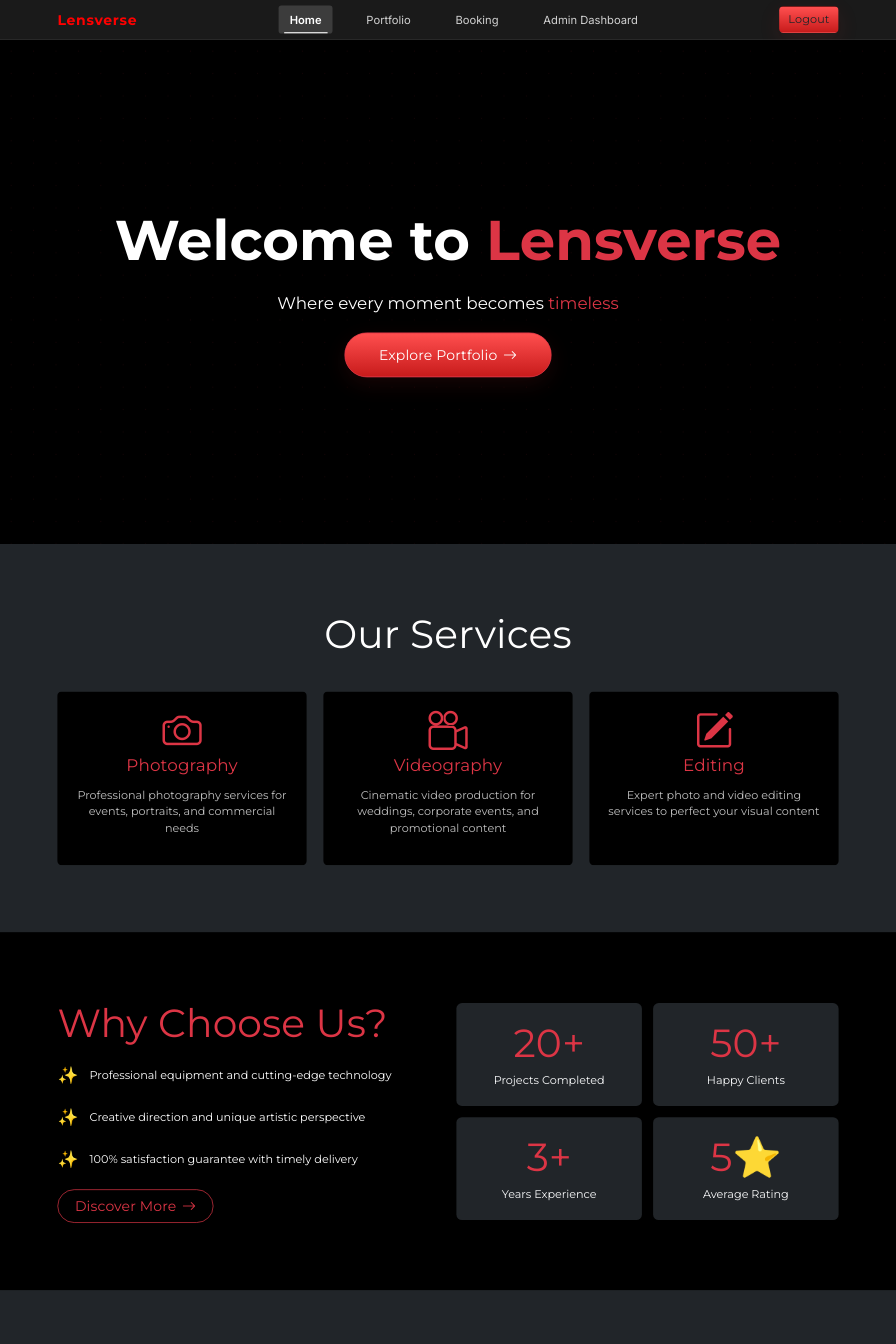
Repository: adithyakiran47/lensverseproject
Page: / (app in lensverse-client/)
The author's editor kept a copy of each file at every save. The page is drawn from the files as they stood at one save, then again after the next save.
The browser window is 1280 px wide. The pictures show the part of the page from y = 0 to 1920 px (the page is 2903 px tall), at 70% of full size.
The project was rebuilt for these pictures with package versions that can differ from the ones it lists, and the page was loaded fresh each time. Also part of the build but not shown: lensverse-client/src/pages/Portfolio.css, lensverse-client/src/pages/Portfolio.js, lensverse-client/src/utils/api.js, lensverse-client/src/pages/Booking.js, lensverse-client/src/pages/About.js, lensverse-client/src/pages/AdminLogin.js, lensverse-client/src/pages/AdminDashboard.js. Imported but missing from the stored project, and not drawn on this page: lensverse-client/src/reportWebVitals.

Above is the page before, as saved 2025-11-04 11:27:29.

### lensverse-client/src/index.css
/* src/index.css - global font + high-contrast variables */
@import url('https://fonts.googleapis.com/css2?family=Montserrat:wght@400;600;700;800&family=Inter:wght@300;400;600&display=swap');

:root{
  --bg-900: #000000;
  --panel: rgba(255,255,255,0.03);         /* glass panels */
  --muted: rgba(255,255,255,0.65);
  --text: #ffffff;
  --accent: #ff4f4f;                       /* primary accent */
  --accent-600: #c81b1b;
  --card-bg: rgba(255,255,255,0.02);
  --input-bg: rgba(255,255,255,0.04);
  --focus-ring: rgba(255,79,79,0.14);
}

html,body,#root{
  height:100%;
  background: linear-gradient(180deg,var(--bg-900),#040404);
  margin:0;
  color:var(--text);
  font-family: 'Montserrat', 'Inter', system-ui, -apple-system, 'Segoe UI', Roboto, Arial;
  -webkit-font-smoothing:antialiased;
  -moz-osx-font-smoothing:grayscale;
}

/* Headings: blocky, high-weight for strong visual presence */
h1,h2,h3,h4,h5{
  font-family: 'Montserrat', 'Inter', sans-serif;
  font-weight:700;
  color: var(--text);
  letter-spacing: 0.2px;
}

/* Links */
a { color: var(--muted); text-decoration:none; }
a:hover { color: var(--text); }

/* Utility adjustments for contrast across components */
.bg-black { background: transparent !important; } /* allow global background to show */
.text-muted, .small { color: var(--muted) !important; }

/* Button defaults */
.btn {
  border-radius: 10px;
  font-weight: 700;
  letter-spacing: 0.2px;
}

/* Danger/accent button */
.btn-danger, .btn-logout {
  background: linear-gradient(180deg,var(--accent),var(--accent-600));
  color: #fff;
  border: none;
  box-shadow: 0 10px 30px rgba(200,40,40,0.12);
}

/* Form controls contrast */
.form-control, .form-select, textarea {
  background: var(--input-bg) !important;
  border: 1px solid rgba(255,255,255,0.06) !important;
  color: var(--text) !important;
  border-radius: 8px;
}

.form-control::placeholder { color: rgba(255,255,255,0.45); }

/* Focus */
.form-control:focus, .form-select:focus, textarea:focus, .btn:focus {
  outline: none;
  box-shadow: 0 8px 28px var(--focus-ring);
  border-color: var(--accent);
}

/* Cards / panels */
.panel {
  background: linear-gradient(180deg,var(--card-bg), rgba(0,0,0,0.06));
  border: 1px solid rgba(255,255,255,0.03);
  border-radius: 12px;
  padding: 1rem;
  box-shadow: 0 10px 30px rgba(0,0,0,0.6);
}

/* Make sure contrast for badges */
.badge {
  font-weight:700;
  color: #fff;
}

/* Narrow screens: keep spacing */
@media (max-width:767.98px){
  .container { padding-left:1rem; padding-right:1rem; }
}

### lensverse-client/src/App.js
import React from 'react';
import { BrowserRouter as Router, Routes, Route } from 'react-router-dom';


// Import your page components (create these next)
import Home from './pages/Home';
import Portfolio from './pages/Portfolio';
import Booking from './pages/Booking';
import About from './pages/About';
import AdminLogin from './pages/AdminLogin';
import AdminDashboard from './pages/AdminDashboard';

function App() {
  return (
    <Router>
      <Routes>
        <Route path="/" element={<Home />} />
        <Route path="/portfolio" element={<Portfolio />} />
        <Route path="/booking" element={<Booking />} />
        <Route path="/about" element={<About />} />
        <Route path="/admin-login" element={<AdminLogin />} />
        <Route path="/admin-dashboard" element={<AdminDashboard />} />
      </Routes>
    </Router>
  );
}

export default App;

### lensverse-client/src/components/Navbar.js
// Navbar.js - improved professional navbar with active link highlighting
import React from 'react';
import { Link, useNavigate, useLocation } from 'react-router-dom';
import './Navbar.css';

const NAV_LINKS = [
  { to: '/', label: 'Home' },
  { to: '/portfolio', label: 'Portfolio' },
  { to: '/booking', label: 'Booking' },
  { to: '/admin-dashboard', label: 'Admin Dashboard' }
];

const Navbar = () => {
  const navigate = useNavigate();
  const location = useLocation();

  const handleLogout = () => {
    localStorage.removeItem('adminToken');
    navigate('/admin-login');
  };

  const isActive = (path) => {
    if (path === '/') return location.pathname === '/';
    return location.pathname.startsWith(path);
  };

  return (
    <nav className="navbar navbar-expand-lg lens-navbar">
      <div className="container">
        <Link className="navbar-brand" to="/">
          <span className="brand-red">Lens</span><span className="brand-white">verse</span>
        </Link>

        <button
          className="navbar-toggler"
          type="button"
          data-bs-toggle="collapse"
          data-bs-target="#lensNavbar"
          aria-controls="lensNavbar"
          aria-expanded="false"
          aria-label="Toggle navigation"
        >
          <span className="navbar-toggler-icon"></span>
        </button>

        <div className="collapse navbar-collapse" id="lensNavbar">
          <ul className="navbar-nav me-auto mb-2 mb-lg-0 align-items-lg-center">
            {NAV_LINKS.map(link => (
              <li className="nav-item" key={link.to}>
                <Link
                  to={link.to}
                  className={`nav-link ${isActive(link.to) ? 'active' : ''}`}
                >
                  {link.label}
                </Link>
              </li>
            ))}
          </ul>

          <div className="d-flex align-items-center gap-3">
            <button className="btn btn-logout" onClick={handleLogout}>Logout</button>
          </div>
        </div>
      </div>
    </nav>
  );
};

export default Navbar;

### lensverse-client/src/pages/Home.css
/* Add to src/pages/Home.css */
@import url("https://cdn.jsdelivr.net/npm/bootstrap-icons@1.11.1/font/bootstrap-icons.css");

/* Utility Classes */
.py-6 {
  padding-top: 6rem;
  padding-bottom: 6rem;
}

.z-1 {
  z-index: 1;
}

/* Hero Section */
.hero-section {
  position: relative;
  background: linear-gradient(rgba(0, 0, 0, 0.7), rgba(0, 0, 0, 0.7));
}

.bg-pattern {
  opacity: 0.1;
  background-image: radial-gradient(#dc3545 1px, transparent 1px);
  background-size: 32px 32px;
}

/* Service Cards */
.service-card {
  transition: transform 0.3s ease, box-shadow 0.3s ease;
  cursor: pointer;
}

.service-card:hover {
  transform: translateY(-10px);
  box-shadow: 0 10px 30px rgba(220, 53, 69, 0.2);
}

/* Feature List */
.feature-list li {
  transition: transform 0.3s ease;
}

.feature-list li:hover {
  transform: translateX(10px);
}

.feature-icon {
  font-size: 1.5rem;
  color: #dc3545;
}

/* Stats Cards */
.stat-card {
  transition: transform 0.3s ease;
  cursor: pointer;
}

.stat-card:hover {
  transform: translateY(-5px);
}

/* Testimonial Section */
.testimonial-card {
  transition: transform 0.3s ease;
  box-shadow: 0 10px 30px rgba(0, 0, 0, 0.2);
}

.testimonial-card:hover {
  transform: translateY(-5px);
}

/* CTA Section */
.cta-section {
  background: linear-gradient(45deg, #dc3545, #900);
}

.cta-section::before {
  content: '';
  position: absolute;
  top: 0;
  left: 0;
  right: 0;
  bottom: 0;
  background: url('data:[embedded picture, 165 characters]') repeat;
  opacity: 0.1;
}

/* Hover Effects */
.hover-scale {
  transition: transform 0.3s ease;
}

.hover-scale:hover {
  transform: scale(1.05);
}

/* Responsive Adjustments */
@media (max-width: 768px) {
  .display-1 {
    font-size: 3rem;
  }

  .py-6 {
    padding-top: 4rem;
    padding-bottom: 4rem;
  }
}

### lensverse-client/src/pages/Booking.css
/* src/pages/Booking.css
   Glassy booking form, responsive, improved contrast, date icon + dropdown visibility
*/

/* Font */
@import url('https://fonts.googleapis.com/css2?family=Montserrat:wght@600;700&display=swap');

/* Form shell (glass) */
.booking-form,
.bg-dark.p-4.rounded.shadow-lg {
  background: linear-gradient(180deg, rgba(255,255,255,0.025), rgba(255,255,255,0.015));
  border-radius: 14px;
  padding: 1.1rem;
  border: 1px solid rgba(255,255,255,0.04);
  box-shadow: 0 18px 48px rgba(0,0,0,0.65);
  backdrop-filter: blur(8px) saturate(120%);
  -webkit-backdrop-filter: blur(8px) saturate(120%);
  transition: transform .14s ease, box-shadow .14s ease, background .2s ease;
  overflow: hidden;
}

/* Hover lift on large screens */
@media (min-width: 992px) {
  .booking-form:hover,
  .bg-dark.p-4.rounded.shadow-lg:hover {
    transform: translateY(-6px);
    box-shadow: 0 28px 60px rgba(0,0,0,0.75);
  }
}

/* Grid: 1 col mobile, 2 col tablet+ */
.row-gap {
  display: grid;
  gap: .75rem;
}
@media (min-width: 768px) {
  .row-gap { grid-template-columns: 1fr 1fr; }
}

/* Inputs and selects */
.booking-form .form-control,
.booking-form .form-select,
.bg-dark.p-4.rounded.shadow-lg .form-control,
.bg-dark.p-4.rounded.shadow-lg .form-select {
  background: linear-gradient(180deg, rgba(0,0,0,0.62), rgba(10,10,10,0.45)) !important;
  color: #f6f6f6 !important;
  border: 1px solid rgba(255,255,255,0.04);
  padding: 0.72rem 0.9rem;
  border-radius: 10px;
  font-size: 0.98rem;
  width: 100%;
  transition: box-shadow .14s ease, border-color .12s ease, transform .08s ease;
  -webkit-appearance: none;
  appearance: none;
}

/* Placeholder */
.booking-form ::placeholder,
.bg-dark.p-4.rounded.shadow-lg ::placeholder {
  color: rgba(255,255,255,0.55);
}

/* Labels */
.booking-form .form-label,
.bg-dark.p-4.rounded.shadow-lg .form-label {
  display: block;
  margin-bottom: 0.35rem;
  font-weight: 600;
  color: #eaeaea;
  font-size: 0.95rem;
}

/* Focus state */
.booking-form .form-control:focus,
.booking-form .form-select:focus,
.bg-dark.p-4.rounded.shadow-lg .form-control:focus,
.bg-dark.p-4.rounded.shadow-lg .form-select:focus {
  border-color: rgba(220,53,69,0.95);
  box-shadow: 0 8px 30px rgba(220,53,69,0.06);
  transform: translateY(-1px);
  outline: none;
}

/* Focus-visible for keyboard users */
.booking-form .form-control:focus-visible,
.booking-form .form-select:focus-visible,
.bg-dark.p-4.rounded.shadow-lg .form-control:focus-visible,
.bg-dark.p-4.rounded.shadow-lg .form-select:focus-visible {
  outline: 3px solid rgba(220,53,69,0.12);
  outline-offset: 3px;
}

/* Select specifics: ensure white value and visible arrow */
.booking-form .form-select,
.bg-dark.p-4.rounded.shadow-lg .form-select {
  color: #fff !important;
  padding-right: 2.8rem;
  background: linear-gradient(180deg, rgba(0,0,0,0.62), rgba(10,10,10,0.45)) !important;
  border-radius: 10px;
  border: 1px solid rgba(255,255,255,0.04) !important;
  background-image:
    url('data:[embedded picture, 259 characters]');
  background-repeat: no-repeat;
  background-position: right 12px center;
  background-size: 14px 14px;
}

/* Ensure option items are visible (native lists vary by browser) */
.booking-form .form-select option {
  background: #0b0b0b;
  color: #fff;
}

/* Date input: make text and icon white and visible */
.booking-form input[type="date"],
.bg-dark.p-4.rounded.shadow-lg input[type="date"] {
  color: #fff; /* date text */
  background: linear-gradient(180deg, rgba(0,0,0,0.62), rgba(10,10,10,0.45)) !important;
}

/* WebKit calendar icon */
.booking-form input[type="date"]::-webkit-calendar-picker-indicator {
  filter: invert(1) brightness(2) contrast(1);
  opacity: 0.95;
}

/* WebKit editable text */
.booking-form input[type="date"]::-webkit-datetime-edit,
.booking-form input[type="date"]::-webkit-datetime-edit-text {
  color: #fff;
}

/* Edge / IE expand control */
.booking-form input[type="date"]::-ms-expand,
.booking-form input[type="date"]::-ms-clear {
  filter: invert(1) brightness(2);
}

/* Button style */
.booking-form .btn-danger,
.bg-dark.p-4.rounded.shadow-lg .btn-danger {
  position: relative;
  overflow: hidden;
  background: linear-gradient(180deg, #ff4f4f 0%, #c81b1b 100%);
  border: none;
  color: #fff;
  padding: 0.62rem 1.05rem;
  border-radius: 12px;
  font-weight: 700;
  letter-spacing: 0.2px;
  box-shadow: 0 10px 30px rgba(200,40,40,0.12);
  transition: transform .12s ease, box-shadow .12s ease;
}

/* Button hover shine */
.booking-form .btn-danger:hover {
  transform: translateY(-4px) scale(1.02);
  box-shadow: 0 20px 50px rgba(200,40,40,0.18);
}
.booking-form .btn-danger::after {
  content: "";
  position: absolute;
  top: -40%;
  left: -30%;
  width: 60%;
  height: 180%;
  background: linear-gradient(120deg, rgba(255,255,255,0.18), rgba(255,255,255,0.02));
  transform: rotate(25deg);
  transition: transform .6s cubic-bezier(.2,.9,.2,1);
  pointer-events: none;
}
.booking-form .btn-danger:hover::after {
  transform: translateX(150%) rotate(25deg);
}

/* Alert */
.alert-success {
  background: linear-gradient(90deg, rgba(40,167,69,0.12), rgba(40,167,69,0.06));
  color: #c7f0d1;
  border: 1px solid rgba(40,167,69,0.12);
}

/* Small note */
.booking-note { color: rgba(255,255,255,0.75); font-size: .95rem; }

/* is-invalid */
.is-invalid { border-color: rgba(255,100,100,0.9) !important; box-shadow: 0 6px 18px rgba(255,100,100,0.04) !important; }
.invalid-feedback { color: #ffbdbd; font-size: 0.9rem; }

/* Responsive adjustments */
@media (max-width: 767.98px) {
  .booking-form { padding: 0.9rem; }
  .booking-form .btn-danger { width: 100%; }
}

/* Accessibility focus-visible */
.booking-form .form-control:focus-visible,
.booking-form .form-select:focus-visible,
.booking-form input[type="date"]:focus-visible {
  outline: 3px solid rgba(220,53,69,0.12);
  outline-offset: 3px;
}

/* Minor polish */
.booking-form .form-control { line-height: 1.3; }

### lensverse-client/src/pages/AdminLogin.css
/* src/pages/AdminLogin.css - improved contrast and block font */
@import url('https://fonts.googleapis.com/css2?family=Montserrat:wght@600;800&display=swap');

.admin-login-page {
  min-height:100vh;
  display:flex;
  align-items:center;
  justify-content:center;
  background: linear-gradient(180deg,#000,#050505);
  padding:2rem;
  font-family: 'Montserrat', system-ui, sans-serif;
}

.login-wrap { width:100%; max-width:420px; }

.admin-card {
  background: linear-gradient(180deg, rgba(255,255,255,0.03), rgba(255,255,255,0.015));
  border-radius:14px;
  border:1px solid rgba(255,255,255,0.04);
  padding:1.2rem;
  box-shadow: 0 18px 48px rgba(0,0,0,0.7);
}

/* title */
.card-title { font-size:1.35rem; color:#fff; font-weight:700; }

/* labels & inputs */
.form-label { color: rgba(255,255,255,0.92); font-weight:700; }
.form-control {
  background: rgba(0,0,0,0.6);
  border-radius:10px;
  border:1px solid rgba(255,255,255,0.04);
  padding:.7rem .9rem;
  color:#fff;
}

/* show button */
.show-btn {
  background: transparent;
  border: 1px solid rgba(255,255,255,0.04);
  color: #fff;
  padding: .45rem .6rem;
  border-radius:8px;
  font-weight:700;
}

/* submit */
.btn-submit {
  margin-top:.9rem;
  width:100%;
  background: linear-gradient(180deg,var(--accent),var(--accent-600));
  color:#fff;
  padding:.68rem;
  border-radius:12px;
  font-weight:800;
}

/* small note */
.small-note { color: rgba(255,255,255,0.7); font-size:.88rem; text-align:center; margin-top:.6rem; }

### lensverse-client/src/pages/AdminDashboard.css
/* src/pages/AdminDashboard.css - table + card contrast */
@import url('https://fonts.googleapis.com/css2?family=Montserrat:wght@600;700&display=swap');

.container.bg-black { background: transparent; font-family: 'Montserrat', system-ui, sans-serif; }

/* glass panel */
.table-responsive {
  background: linear-gradient(180deg, rgba(255,255,255,0.02), rgba(255,255,255,0.01));
  border: 1px solid rgba(255,255,255,0.03);
  border-radius: 12px;
  padding: .6rem;
  box-shadow: 0 18px 48px rgba(0,0,0,0.65);
  backdrop-filter: blur(6px);
}

/* table rows distinct */
.table.table-dark tbody tr {
  background: linear-gradient(180deg, rgba(0,0,0,0.6), rgba(8,8,8,0.5));
  border-radius: 10px;
  box-shadow: 0 10px 30px rgba(0,0,0,0.6);
}

/* table cell color */
.table.table-dark tbody td { color: #fff; padding: .85rem 1rem; }

/* headings */
.table.table-dark thead th { color: #fff; font-weight:700; border-bottom: 1px solid rgba(255,255,255,0.03); }

/* badges for status */
.badge { font-weight:700; color:#fff; }

/* small-screen cards */
.card.bg-dark {
  background: linear-gradient(180deg, rgba(255,255,255,0.02), rgba(255,255,255,0.01));
  border:1px solid rgba(255,255,255,0.03);
  border-radius:12px;
  box-shadow: 0 12px 36px rgba(0,0,0,0.65);
  padding:.8rem;
  margin-bottom:1rem;
}

/* actions */
.btn { font-weight:700; border-radius:8px; }
.btn-outline-light { border:1px solid rgba(255,255,255,0.06); color:#fff; }

### lensverse-client/src/components/Navbar.css
.navbar {
  background: rgba(255, 255, 255, 0.1);
  backdrop-filter: blur(10px);
  -webkit-backdrop-filter: blur(10px);
  box-shadow: 0 4px 30px rgba(0, 0, 0, 0.1);
  border-bottom: 1px solid rgba(255, 255, 255, 0.1);
  padding: 1rem 2rem;
}

.navbar-brand {
  font-family: 'Montserrat', sans-serif;
  font-weight: 700;
  font-size: 1.5rem;
  color: #ff0000 !important;
  letter-spacing: 1px;
}

.navbar-toggler {
  border: none;
  background: transparent;
  padding: 0.5rem;
}

.navbar-toggler:focus {
  box-shadow: none;
  outline: none;
}

.navbar-toggler-icon {
  background-image: url("data:[embedded picture, 237 characters]");
}

.navbar-nav {
  margin-left: auto;
}

.nav-item {
  margin: 0 0.5rem;
}

.nav-link {
  font-family: 'Inter', sans-serif;
  color: rgba(255, 255, 255, 0.8) !important;
  font-size: 1rem;
  font-weight: 500;
  padding: 0.5rem 1rem !important;
  transition: all 0.3s ease;
  border-radius: 4px;
}

.nav-link:hover {
  color: #ffffff !important;
  background: rgba(255, 255, 255, 0.1);
}

.nav-link.active {
  color: #ffffff !important;
  background: rgba(255, 255, 255, 0.15);
  font-weight: 600;
}

/* Login button special styling */
.nav-link.login-btn {
  border: 1px solid rgba(255, 255, 255, 0.3);
  padding: 0.5rem 1.5rem !important;
}

.nav-link.login-btn:hover {
  background: rgba(255, 255, 255, 0.2);
  border-color: rgba(255, 255, 255, 0.5);
}

/* Responsive adjustments */
@media (max-width: 991px) {
  .navbar-collapse {
    background: rgba(0, 0, 0, 0.95);
    margin: 1rem -2rem -1rem;
    padding: 1rem 2rem;
    border-top: 1px solid rgba(255, 255, 255, 0.1);
  }

  .nav-item {
    margin: 0.5rem 0;
  }

  .nav-link {
    padding: 0.75rem 1rem !important;
  }

  .login-btn {
    margin-top: 0.5rem;
    text-align: center;
  }
}

/* Custom animation for navbar items */
.nav-link {
  position: relative;
  overflow: hidden;
}

.nav-link::after {
  content: '';
  position: absolute;
  bottom: 0;
  left: 50%;
  width: 0;
  height: 2px;
  background: #ffffff;
  transition: all 0.3s ease;
  transform: translateX(-50%);
}

.nav-link:hover::after,
.nav-link.active::after {
  width: 80%;
}

/* Adjust navbar for larger screens */
@media (min-width: 1200px) {
  .navbar {
    padding: 1rem 4rem;
  }

  .nav-item {
    margin: 0 1rem;
  }
}

Loaded but not shown: lensverse-client/src/index.js (common file); lensverse-client/src/pages/Home.js (152 lines, source omitted)

After the next save:
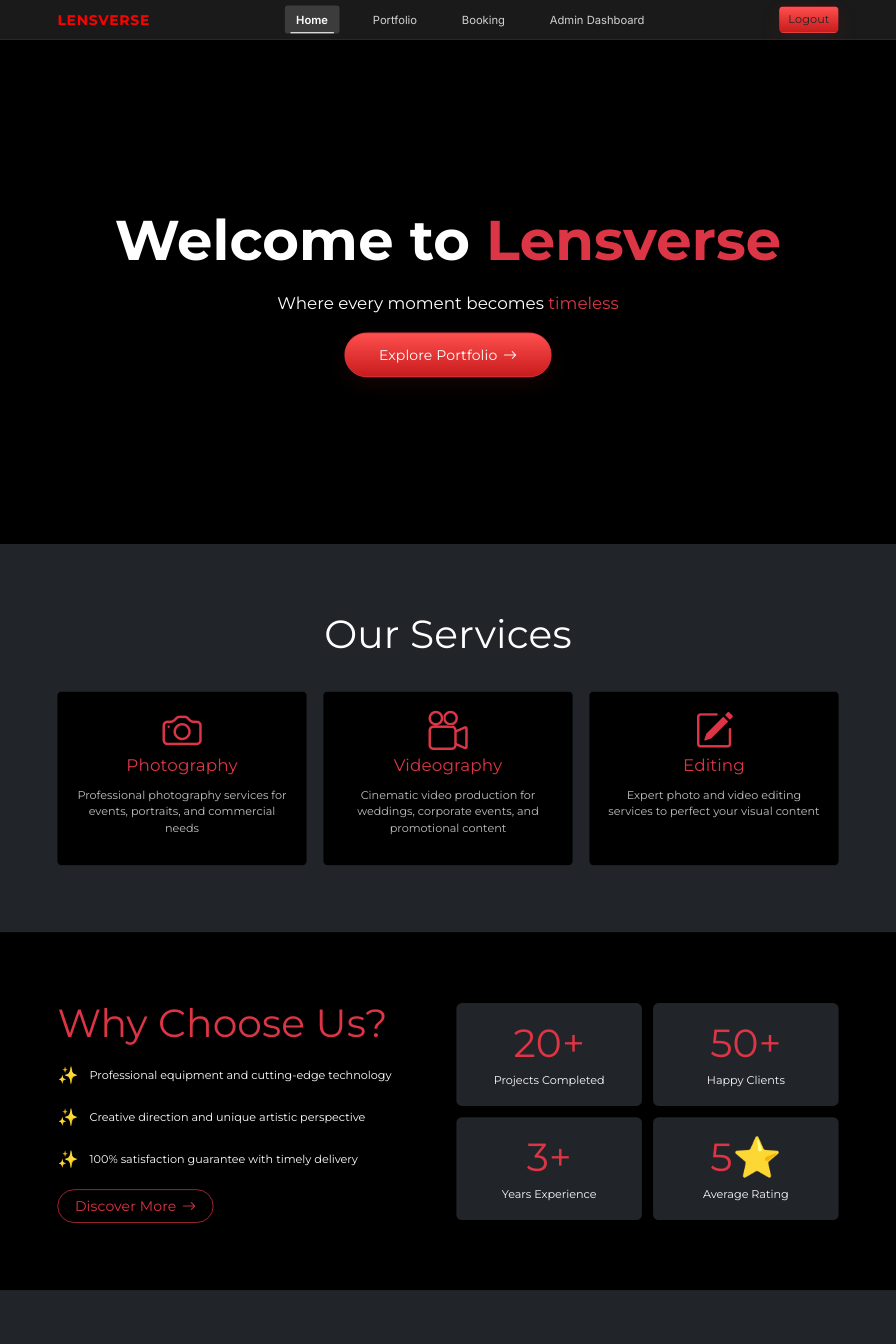
Saved 37 s later.
--- a/lensverse-client/src/components/Navbar.js
+++ b/lensverse-client/src/components/Navbar.js
@@ -28,7 +28,7 @@ const Navbar = () => {
     <nav className="navbar navbar-expand-lg lens-navbar">
       <div className="container">
         <Link className="navbar-brand" to="/">
-          <span className="brand-red">Lens</span><span className="brand-white">verse</span>
+          <span className="brand-red">LENSVERSE</span>
         </Link>
 
         <button
